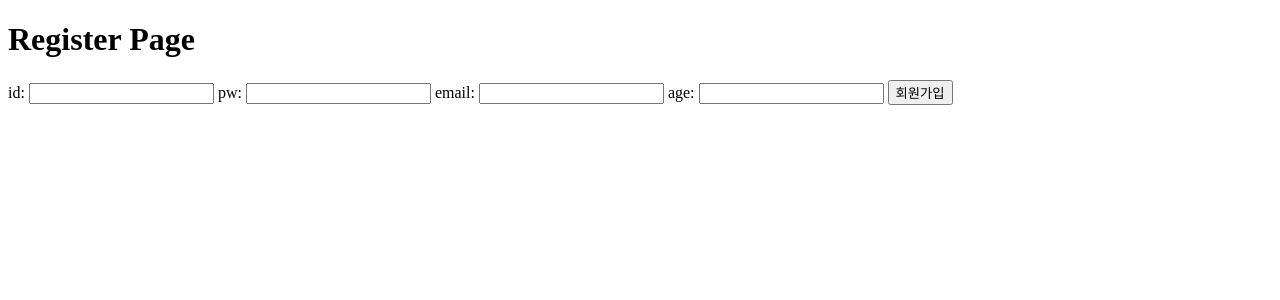
Repository: dfhdfhdfsza/_jsp_workspace3
Page: http://localhost/jsp_project/member/register.jsp
These files come from the project's save history. The page is drawn as it stood at one moment and after the next save; the edit follows.
The browser window is 1280 px wide. The pictures show the whole page.
The page is served by Tomcat 9.

Above is the page before, as saved 2023-09-13 08:58:13.

After the next save:
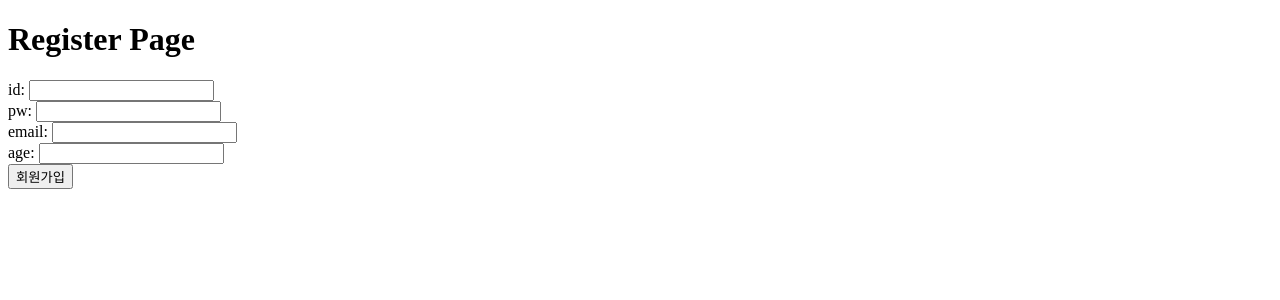
Saved 3 min 58 s later.
--- a/jsp_project/src/main/webapp/member/register.jsp
+++ b/jsp_project/src/main/webapp/member/register.jsp
@@ -9,10 +9,10 @@
 <body>
 	<h1>Register Page</h1>
 	<form action="/mem/register">
-		id: <input type="text" name="id">
-		pw: <input type="text" name="pw">
-		email: <input type="text" name="email">
-		age: <input type="text" name="age">
+		id: <input type="text" name="id"> <br>
+		pw: <input type="text" name="pw"><br>
+		email: <input type="text" name="email"><br>
+		age: <input type="text" name="age"><br>
 		<button type="submit">회원가입</button>
 	</form>
 
